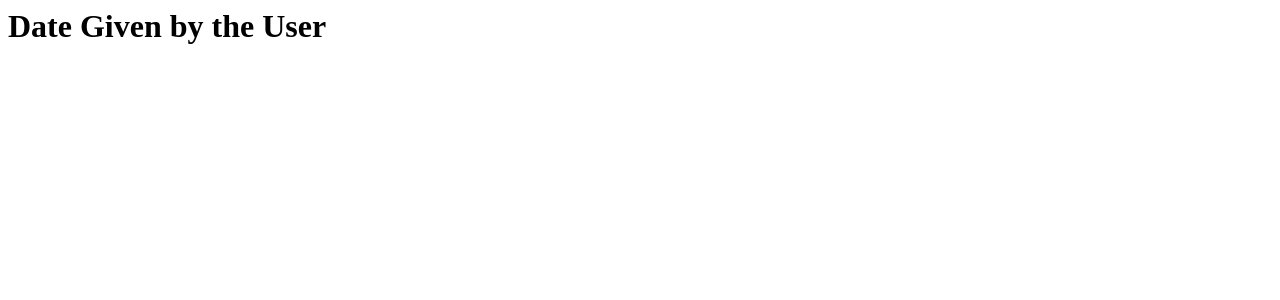
Repository: chirag8460/EclipseWorkspace
Page: http://localhost/spring-mvc-demo/processForm
An editor plug-in stored every save of this project. The page is shown before and after the next save, followed by the edit.
The browser window is 1280 px wide. The pictures show the whole page.
The page is served by Tomcat 9.

Above is the page before, as saved 2021-05-06 06:37:54.

After the next save:
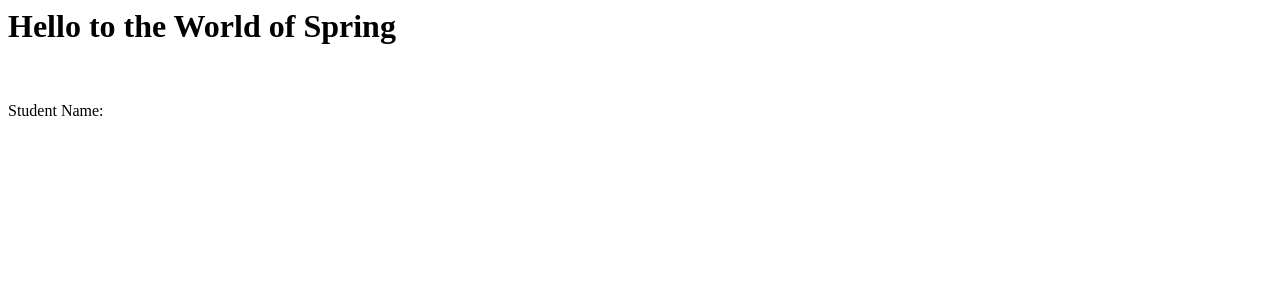
Saved 50 s later.
--- a/spring-mvc-demo/src/main/webapp/WEB-INF/view/helloWorld.jsp
+++ b/spring-mvc-demo/src/main/webapp/WEB-INF/view/helloWorld.jsp
@@ -3,6 +3,8 @@
 <title>Processed Data</title>
 </head>
 <body>
-	<h1>Date Given by the User</h1>
+	<h1>Hello to the World of Spring</h1>
+	<br><br>
+	Student Name: ${param.studentName}
 </body>
 </html>
